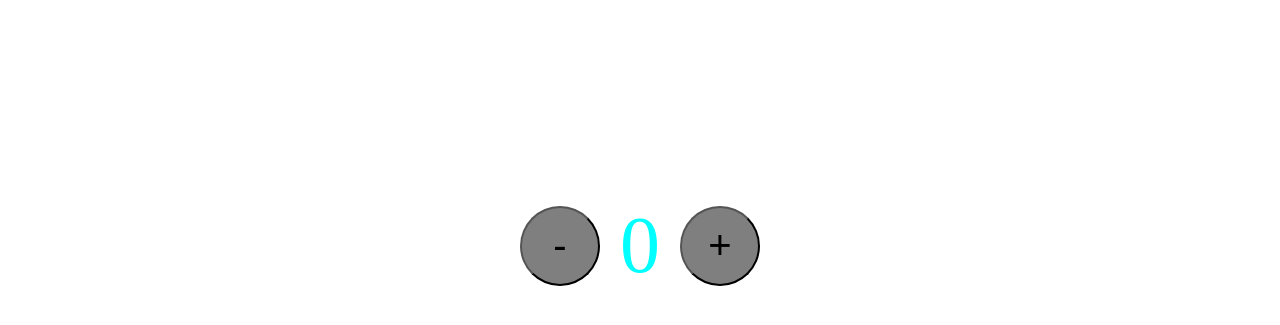
Repository: zRush1202/LoginPage-demo
Page: dom/exercise/counter.html
An editor plug-in stored every save of this project. The page is shown before and after a run of saves, followed by the edit.
The browser window is 1280 px wide. The pictures show the whole page.

Above is the page before, as saved 2023-09-16 20:42:37.

After the next 2 saves:
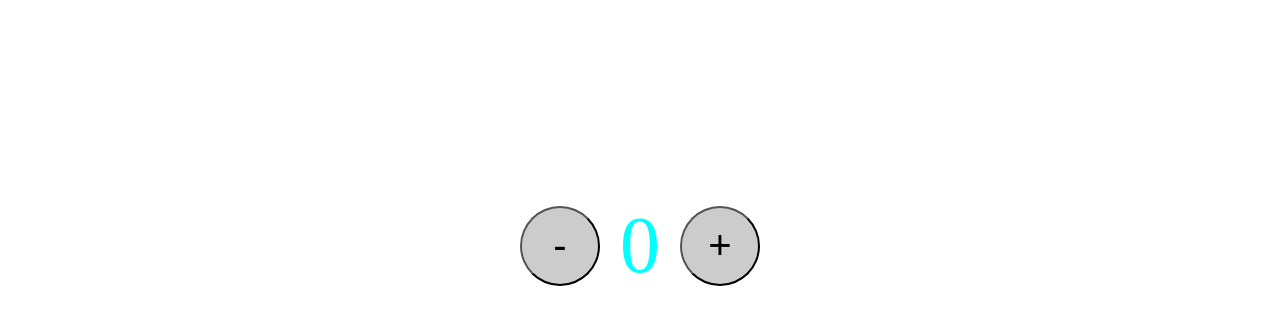
The 2 saves are shown as one change because they came seconds apart.
The last was saved 12 s later.
--- a/dom/exercise/counter.css
+++ b/dom/exercise/counter.css
@@ -25,5 +25,5 @@
     width: 80px;
     font-size: 40px;
     border-radius: 40px;
-    background-color: rgb(0, 0, 0, 0.5);
+    background-color: rgb(0, 0, 0, 0.2);
 }
